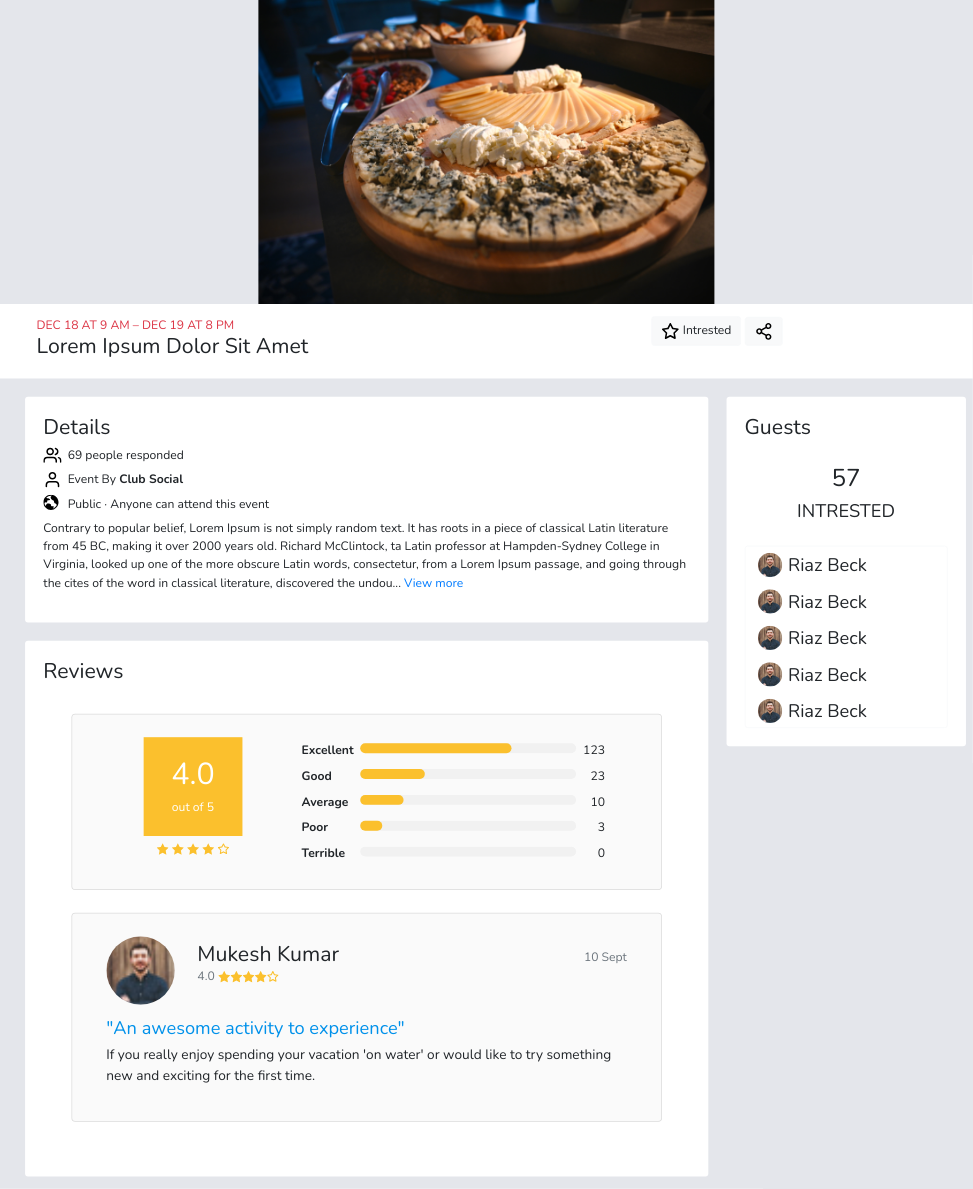
Repository: iamrachid/ensaevents
Page: event.html
An editor plug-in stored every save of this project. The page is shown before and after the next save, followed by the edit.
The browser window is 1280 px wide. The pictures show the whole page, at 76% of full size.

Above is the page before, as saved 2021-11-25 19:15:58.

After the next save:
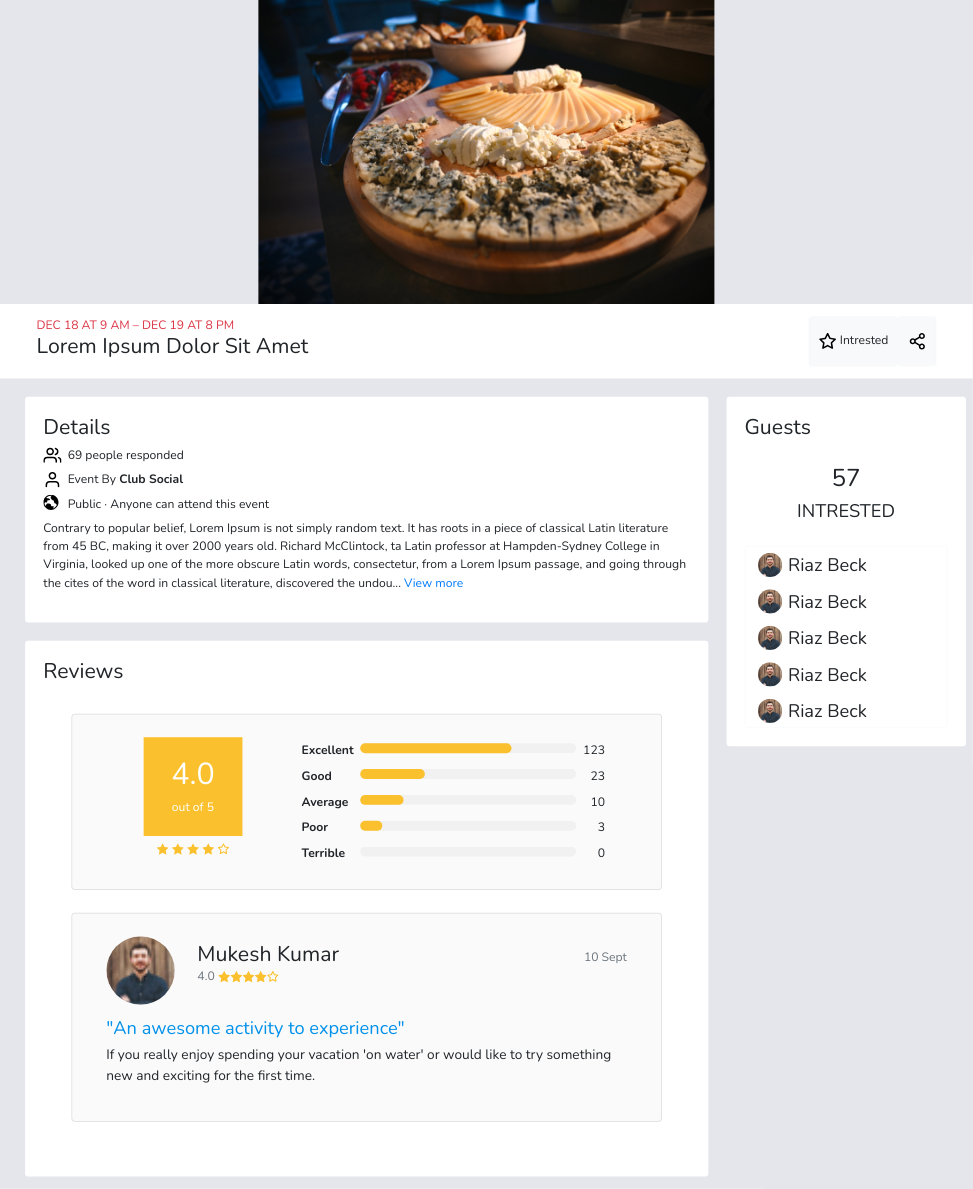
Saved 56 s later.
--- a/event.html
+++ b/event.html
@@ -28,8 +28,8 @@
                 <span class="text-uppercase text-danger">DEC 18 AT 9 AM – DEC 19 AT 8 PM</span>
                 <h3>Lorem Ipsum Dolor Sit Amet</h3>
             </div>
-            <div class="col-md-4 col-12">
-                <button class="ml-auto btn btn-light ">
+            <div class="col-md-4 col-12 d-flex justify-content-end">
+                <button class="btn btn-light ">
                     <svg class="btn-icon">
                         <use xlink:href="assets/img/icons.svg#icon-star"></use>
                     </svg>
